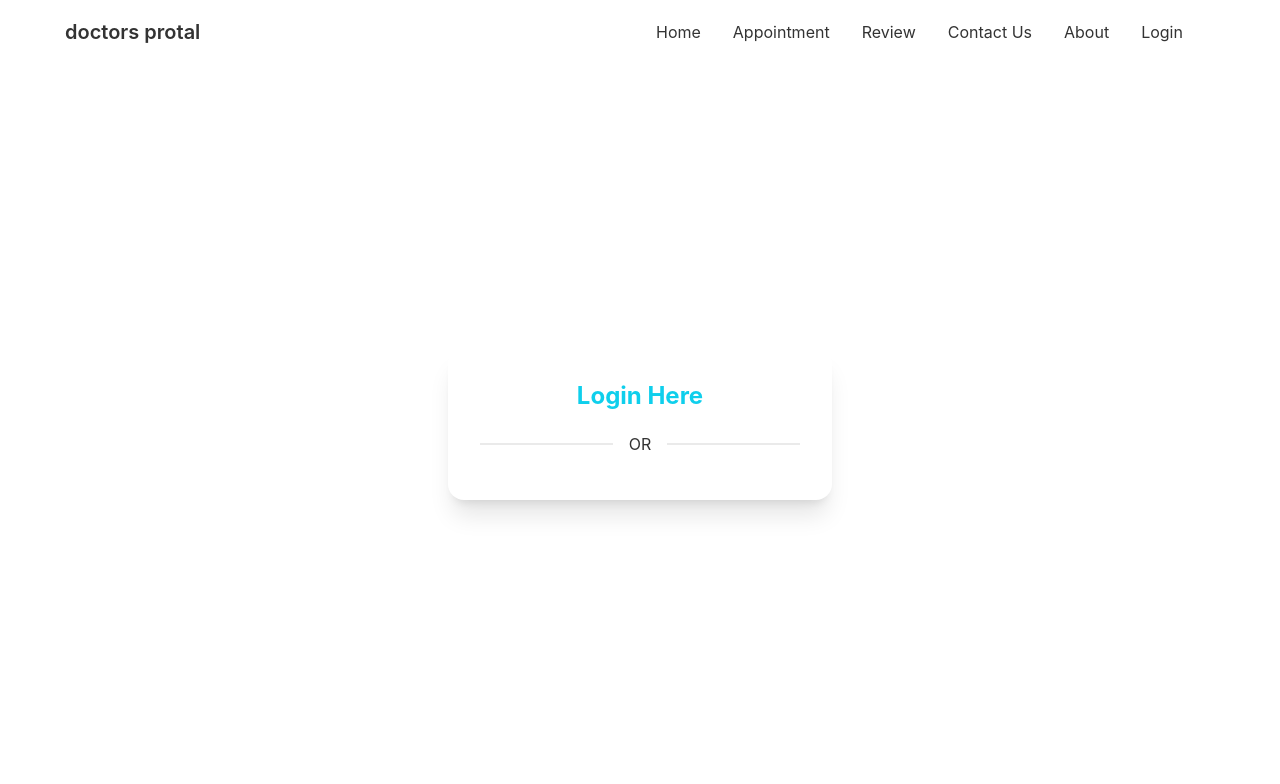
Repository: mdrubel02/doctor-protal
Page: /login
An editor plug-in stored every save of this project. The page is shown before and after the next save, followed by the edit.
The browser window is 1280 px wide. The pictures show the whole page.
The project was rebuilt for these pictures with package versions that can differ from the ones it lists, and the page was loaded fresh each time. Also part of the build but not shown: src/App.css, src/Pages/About/About.js, src/Pages/Shared/Footer/Footer.js, src/Pages/Appointment/AppointmentBanner.js, src/Pages/Appointment/BookingModal.js, src/Pages/Appointment/Service.js, src/Pages/Appointment/AvailableAppointment.js, src/Pages/Appointment/Appointment.js and 2 more. Imported but missing from the stored project, and not drawn on this page: src/Pages/Contact/Contact.

Above is the page before, as saved 2022-05-14 16:14:28.

### src/App.js

import { Route, Routes } from 'react-router-dom';
import './App.css';
import About from './Pages/About/About';
import Appointment from './Pages/Appointment/Appointment';
import Contact from './Pages/Contact/Contact';
import Home from './Pages/Home/Home';
import Login from './Pages/Login/Login';
import Review from './Pages/Review/Review';
import Navbar from './Pages/Shared/Navbar';

function App() {
  return (
    <div className='max-w-1xl mx-auto px-10 ' >
      <Navbar></Navbar>
      <Routes>
        <Route path='/' element={<Home/>}/>
        <Route path='/about' element={<About/>}/>
        <Route path='/appointment' element={<Appointment/>}/>
        <Route path='/review' element={<Review/>}/>
        <Route path='/contact' element={<Contact/>}/>
        <Route path='/login' element={<Login/>}/>
      </Routes>
    </div>
  );
}

export default App;

### src/Pages/Login/Login.js
import React from 'react';

const Login = () => {
    return (
        <div className='flex justify-center items-center min-h-screen'>
            <div className="card w-96 bg-base-100 shadow-xl">
                <div className="card-body">
                    <h2 className="text-center text-2xl font-bold text-primary">Login Here</h2>

                    <div className="divider">OR</div>

                </div>
            </div>
        </div>
    );
};

export default Login;

### src/Pages/Shared/Navbar.js
import React from 'react';
import { Link } from 'react-router-dom';

const Navbar = () => {
    const menuItems = <>
        <li><Link to='/'>Home</Link></li>
        <li><Link to='/appointment'>Appointment</Link></li>
        <li><Link to='/review'>Review</Link></li>
        <li><Link to='/contact'>Contact Us</Link></li>
        <li><Link to='/about'>About</Link></li>
        <li><Link to='login'>Login</Link></li>
    </>
    return (
        <div className="navbar bg-base-100">
            <div className="navbar-start">
                <div className="dropdown">
                    <label tabindex="0" className="btn btn-ghost lg:hidden">
                        <svg xmlns="http://www.w3.org/2000/svg" className="h-5 w-5" fill="none" viewBox="0 0 24 24" stroke="currentColor"><path stroke-linecap="round" stroke-linejoin="round" stroke-width="2" d="M4 6h16M4 12h8m-8 6h16" /></svg>
                    </label>
                    <ul tabindex="0" className="menu menu-compact dropdown-content mt-3 p-2 shadow bg-base-100 rounded-box w-52">
                        {menuItems}
                    </ul>
                </div>
                <Link to='/' className="btn btn-ghost normal-case text-xl">doctors protal</Link>
            </div>
            <div className="navbar-center hidden lg:flex">
                <ul className="menu menu-horizontal p-0">
                    {menuItems}
                </ul>
            </div>

        </div>
    );
};

export default Navbar;

### tailwind.config.js
module.exports = {
  content: ["./src/**/*.{html,js}"],
  daisyui: {
    themes: [
      {
        mytheme: {
          primary: "#0FCFEC",
          secondary: "#19D3AE",
          accent: "#3A4256",
          neutral: "#3d4451",
          "base-100": "#ffffff",
        },
      },
      "dark",
      "cupcake",
    ],
  },
  plugins: [require("daisyui")],
}

Loaded but not shown: public/index.html (common file); src/index.js (common file); src/index.css (common file); src/reportWebVitals.js (common file)

After the next save:
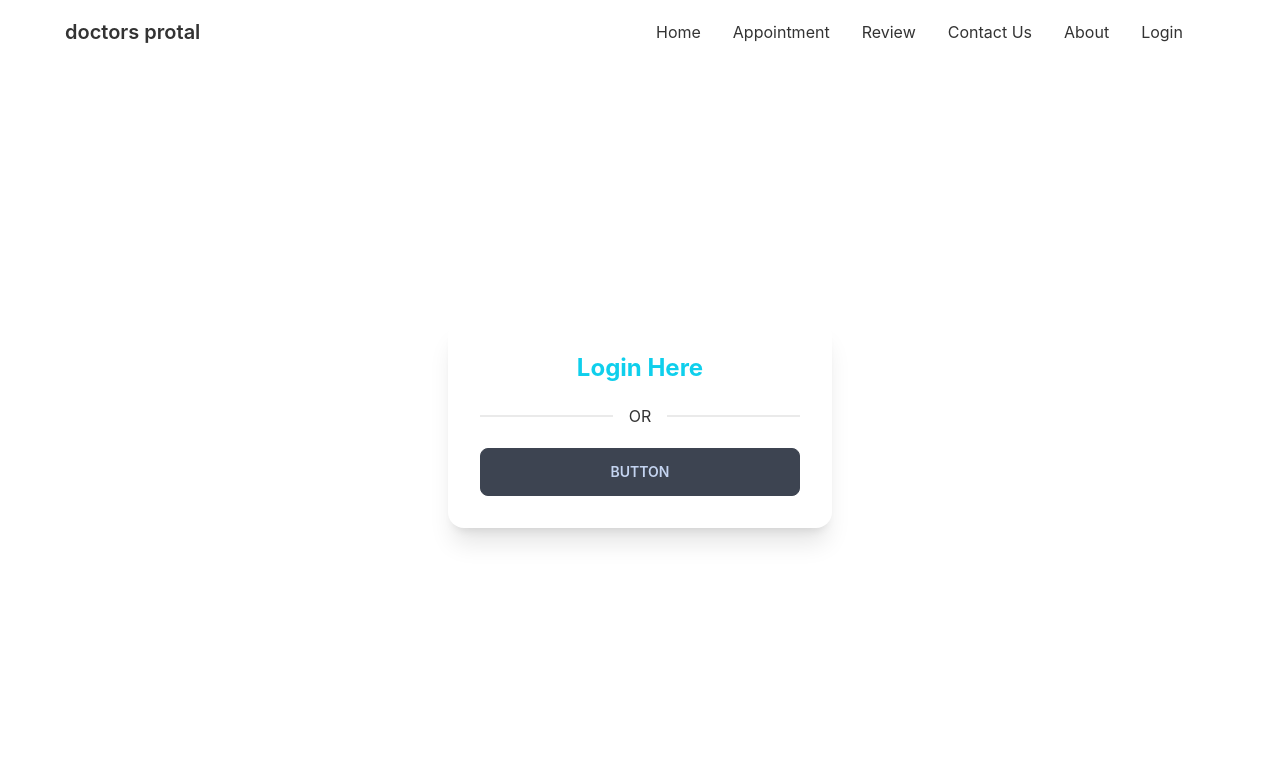
Saved 58 s later.
--- a/src/Pages/Login/Login.js
+++ b/src/Pages/Login/Login.js
@@ -8,6 +8,7 @@ const Login = () => {
                     <h2 className="text-center text-2xl font-bold text-primary">Login Here</h2>
 
                     <div className="divider">OR</div>
+                    <button className="btn">Button</button>
 
                 </div>
             </div>
